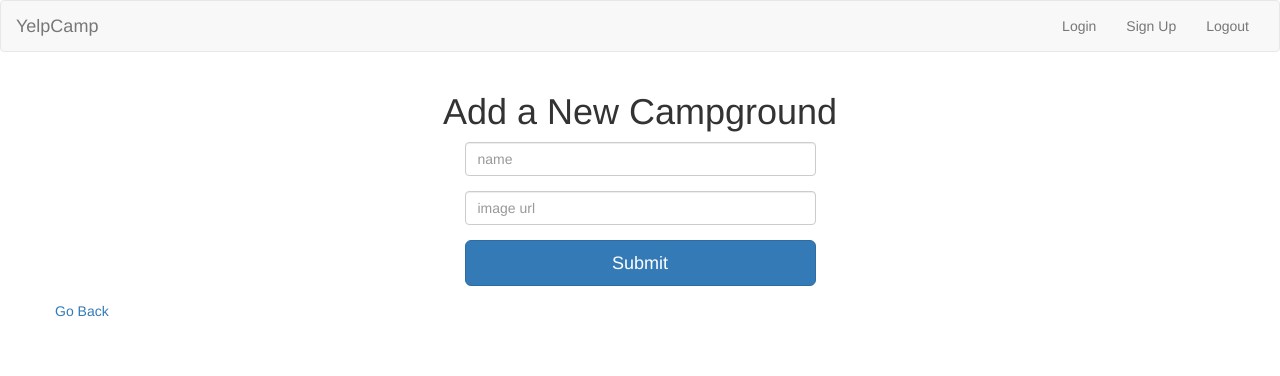
Repository: kristinamacekovic/webdevbootcamp2
Page: http://localhost/campgrounds/new
The author's editor kept a record of every edit. The page is drawn from the files as they stood at one moment, then again after the next edit.
The browser window is 1280 px wide. The pictures show the whole page.
The page is served by the project's Node server (YelpCamp/v1/app.js).

Above is the page before.

### YelpCamp/v1/views/new.ejs
<% include partials/header %>
<div class="container">
    <div class="row">
        <h1 style="text-align: center;">Add a New Campground</h1>
<div style="width: 30%; margin: 0 auto;">
<form action="/campgrounds" method="POST">
    <div class="form-group">
    <input class="form-control" type="text" placeholder="name" name="name"></input>
    </div>
    <div class="form-group">
    <input class="form-control" type="text" placeholder="image url" name="image"></input>
    </div>
    <div class="form-group">
    <button class="btn btn-lg btn-primary btn-block">Submit</button>
    </div>
</form>
</div>
<a href="/campgrounds">Go Back</a>
</div>
</div>
<% include partials/footer %>

### YelpCamp/v1/views/partials/header.ejs
<!DOCTYPE html>
<html>
    <head>
        <title>YelpCamp</title>
        <link rel="stylesheet" href="https://maxcdn.bootstrapcdn.com/bootstrap/3.3.7/css/bootstrap.min.css">
    </head>
    <body>
        <nav class="navbar navbar-default">
    <div class="container-fluid">
        <div class="navbar-header">
            <a class="navbar-brand" href="/">YelpCamp</a>
        </div>
        <div class="collapse navbar-collapse">
            <ul class="nav navbar-nav navbar-right">
                <li><a href="/">Login</a></li>
                <li><a href="/">Sign Up</a></li>
                <li><a href="/">Logout</a></li>
            </ul>
        </div>
    </div>
</nav>

### YelpCamp/v1/app.js
var express = require("express");
var app = express();
var bodyParser = require("body-parser");
var campgrounds = [
            { name: "Salmon Creek1", image: "https://farm4.staticflickr.com/3872/14435096036_39db8f04bc.jpg" },
            { name: "Salmon Creek2", image: "https://farm2.staticflickr.com/1281/4684194306_18ebcdb01c.jpg" },
            { name: "Salmon Creek3", image: "https://farm3.staticflickr.com/2311/2123340163_af7cba3be7.jpg" },
            { name: "Salmon Creek3", image: "https://farm3.staticflickr.com/2311/2123340163_af7cba3be7.jpg" },
            { name: "Salmon Creek3", image: "https://farm3.staticflickr.com/2311/2123340163_af7cba3be7.jpg" },
            { name: "Salmon Creek3", image: "https://farm3.staticflickr.com/2311/2123340163_af7cba3be7.jpg" },
            { name: "Salmon Creek3", image: "https://farm3.staticflickr.com/2311/2123340163_af7cba3be7.jpg" },
            { name: "Salmon Creek3", image: "https://farm3.staticflickr.com/2311/2123340163_af7cba3be7.jpg" },
            { name: "Salmon Creek3", image: "https://farm3.staticflickr.com/2311/2123340163_af7cba3be7.jpg" },
            { name: "Salmon Creek3", image: "https://farm3.staticflickr.com/2311/2123340163_af7cba3be7.jpg" }
        ];

app.use(bodyParser.urlencoded({extended: true}));

app.set("view engine", "ejs");

app.get("/", function (req, res) {
    res.render("landing");
});

app.get("/campgrounds", function (req, res) {
    // page displays all the available campgrounds
    res.render("campgrounds", {campgrounds: campgrounds});
});

app.get("/campgrounds/new", function(req, res) {
   res.render("new");
});

app.post("/campgrounds", function(req, res) {
    var name = req.body.name;
    var image = req.body.image;
    var newCampGround = { name: name, image: image};
    campgrounds.push(newCampGround);
    // the default is to redirect to get route
    res.redirect("/campgrounds");
});

app.listen(process.env.PORT, process.env.IP, function () {
    console.log("The server has started.");
});

Loaded but not shown: YelpCamp/v1/views/partials/footer.ejs (common file)

After the next edit:
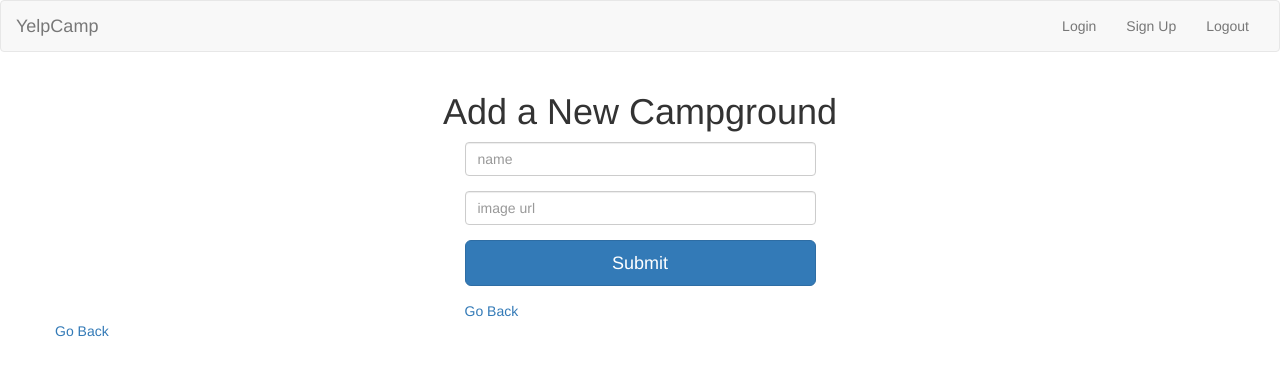
The edit:
--- a/YelpCamp/v1/views/new.ejs
+++ b/YelpCamp/v1/views/new.ejs
@@ -14,6 +14,7 @@
     <button class="btn btn-lg btn-primary btn-block">Submit</button>
     </div>
 </form>
+<a href="/campgrounds">Go Back</a>
 </div>
 <a href="/campgrounds">Go Back</a>
 </div>
